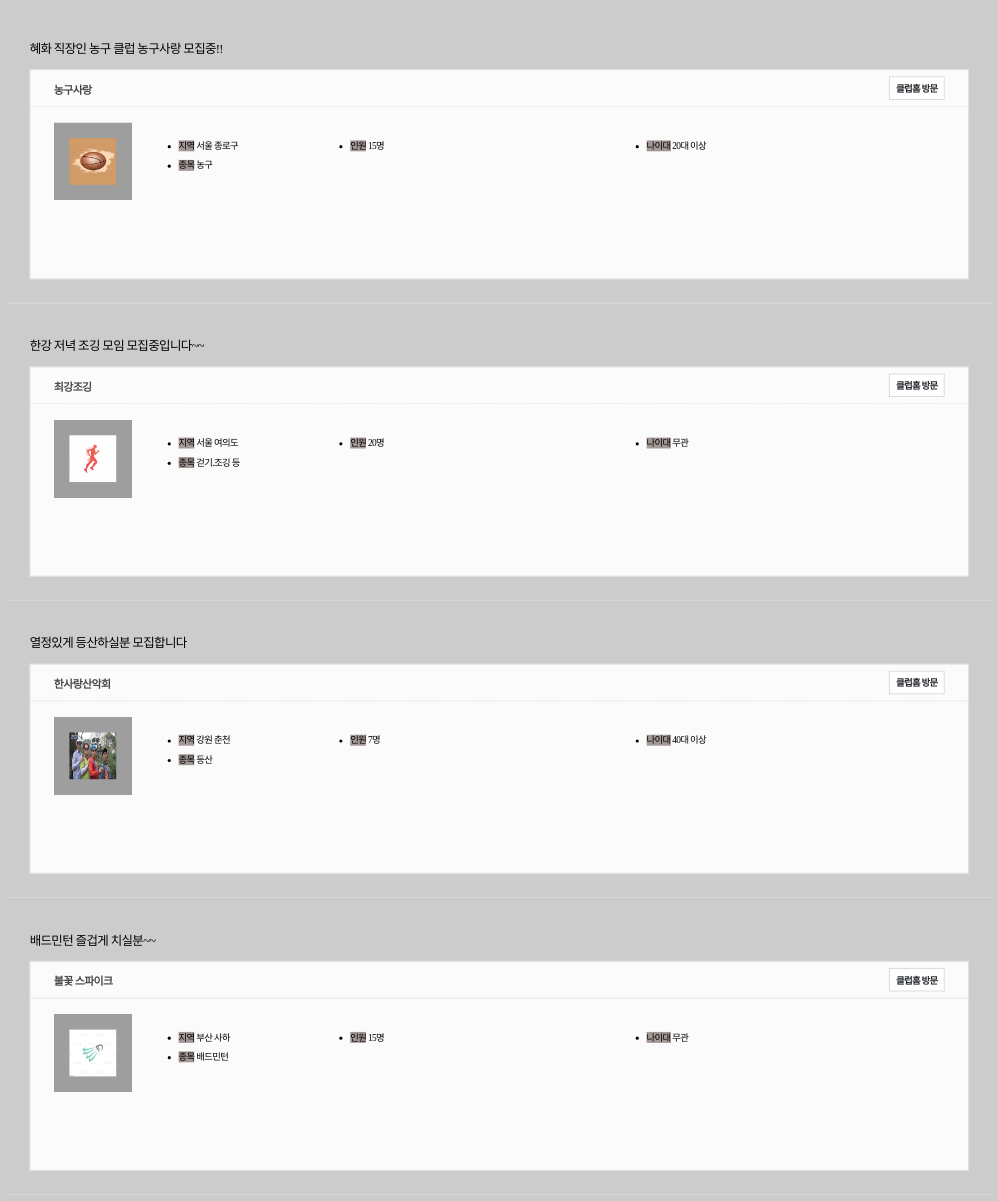
Repository: jaemin333/study
Page: club.html
The author's editor kept a copy of each file at every save. The page is drawn from the files as they stood at one save, then again after the next save.
The browser window is 1280 px wide. The pictures show the whole page, at 78% of full size.
Pictures or frames that could not be fetched are drawn as grey boxes.

Above is the page before, as saved 2021-07-02 21:29:16.

### club.html
<!DOCTYPE html>
<html lang="ko">
<head>
    <meta charset="UTF-8">
    <meta http-equiv="X-UA-Compatible" content="IE=edge">
    <meta name="viewport" content="width=device-width, initial-scale=1.0">
    <link rel ="stylesheet" type = "text/css" href = "style.css">
    <title>club</title>
</head>
<body>
    <div class = "clubList">
    <div class = "clubBox">
        <p class = "clubTip">
            <a>혜화 직장인 농구 클럽 농구사랑 모집중!!</a>
        </p>
    <div class ="cbClubName">
        <a>농구사랑</a>
        <a class ="iButton">클럽홈 방문</a>
    </div>

    <div class ="cbInfo">
        <div class="cbMark">
            <span class="clubmark">
                <img src = "bask.png" width="60" height=60">
        </div>
    <ul>
        <li>
            <span class = "info dark">지역</span>
             서울 종로구
        </li>
        <li style = "width:380px;">
            <span class = "info dark">인원</span>
             15명
        </li>
        <li style = "width:380px;">
            <span class = "info dark">나이대</span>
             20대 이상
        </li>
        <li style = "width:380px;">
            <span class = "info dark">종목</span>
             농구
        </li>
    </ul>
    </div>
    </div>
    </div>

    <div class = "clubList">
        <div class = "clubBox">
            <p class = "clubTip">
                <a>한강 저녁 조깅 모임 모집중입니다~~</a>
            </p>
        <div class ="cbClubName">
            <a>최강조깅</a>
            <a class ="iButton">클럽홈 방문</a>
        </div>

        <div class ="cbInfo">
            <div class="cbMark">
                <span class="clubmark">
                    <img src = "run.jpg" width="60" height="60">
            </div>
        <ul>
            <li>
                <span class = "info dark">지역</span>
                 서울 여의도
            </li>
            <li style = "width:380px;">
                <span class = "info dark">인원</span>
                 20명
            </li>
            <li style = "width:380px;">
                <span class = "info dark">나이대</span>
                 무관
            </li>
            <li style = "width:380px;">
                <span class = "info dark">종목</span>
                 걷기.조깅 등
            </li>
        </ul>
        </div>
        </div>
        </div>

        <div class = "clubList">
            <div class = "clubBox">
                <p class = "clubTip">
                    <a>열정있게 등산하실분 모집합니다</a>
                </p>
            <div class ="cbClubName">
                <a>한사랑산악회</a>
                <a class ="iButton">클럽홈 방문</a>
            </div>

            <div class ="cbInfo">
                <div class="cbMark">
                    <span class="clubmark">
                        <img src = "hike.png" width="60" height="60">
                </div>
            <ul>
                <li>
                    <span class = "info dark">지역</span>
                     강원 춘천
                </li>
                <li style = "width:380px;">
                    <span class = "info dark">인원</span>
                     7명
                </li>
                <li style = "width:380px;">
                    <span class = "info dark">나이대</span>
                     40대 이상
                </li>
                <li style = "width:380px;">
                    <span class = "info dark">종목</span>
                     등산
                </li>
            </ul>
            </div>
            </div>
            </div>


            <div class = "clubList">
                <div class = "clubBox">
                    <p class = "clubTip">
                        <a>배드민턴 즐겁게 치실분~~</a>
                    </p>
                <div class ="cbClubName">
                    <a>불꽃 스파이크</a>
                    <a class ="iButton">클럽홈 방문</a>
                </div>

                <div class ="cbInfo">
                    <div class="cbMark">
                        <span class="clubmark">
                            <img src = "badminton.jpg" width="60" height="60">
                    </div>
                <ul>
                    <li>
                        <span class = "info dark">지역</span>
                         부산 사하
                    </li>
                    <li style = "width:380px;">
                        <span class = "info dark">인원</span>
                         15명
                    </li>
                    <li style = "width:380px;">
                        <span class = "info dark">나이대</span>
                         무관
                    </li>
                    <li style = "width:380px;">
                        <span class = "info dark">종목</span>
                         배드민턴
                    </li>
                </ul>
                </div>
                </div>
                </div>








</body>
</html>

### style.css
div {
    display:block;
}



body {
    background-color: #ccc;
    word-break: break-all;
    -ms-word-break: break-all;
    letter-spacing: -0.050em;
}


.clubBox{
    position: relative;
    padding: 25px 30px 30px 30px;
    border-bottom: 1px solid #dddddd;
}


ul{
    display: block;
    margin-block-start: 1em;
    margin-block-end: 1em;
    margin-inline-start: 0px;
    margin-inline-end: 0px;
    padding-inline-start: 40px;
}

.clubBox li .info.dark{
    background-color: #a39895;
}

.iButton {
    display: inline-block;
    height: 18px;
    padding: 5px 8px;
    font-size: 12px;
    font-weight: bold;
    color: #24272c;
    text-align: center;
    background-color: white;
    border: 1px solid #d4d1d1;
}

.clubBox .iButton {
    position: absolute;
    top: 8px;
    right: 30px;
}

li {
    display: list-item;
    text-align: -webkit-match-parent;
}

.clubBox .cbInfo li {
    float: left;
    width: 220px;
    margin: 4px 0 3px 0;
    font-size: 12px;
    color: black;
}

.cbClubName {
    padding-bottom: 10px;
}

.clubBox .cbInfo {
    position: relative;
    padding: 20px;
    padding-left: 150px;
    border: 1px solid #dadada;
    border-top: 0;
    background-color: #fbfbfb;
    height:180px;
}

.clubBox .clubTit {
    margin-bottom: 15px;
    font-size: 16px;
    font-weight: bold;
    color: black;
}

p {
    display: block;
    margin-block-start: 1em;
    margin-block-end: 1em;
    margin-inline-start: 0px;
    margin-inline-end: 0px;
}

.clubBox .cbClubName {
    position: relative;
    padding: 14px 30px 12px 30px;
    font-size: 14px;
    font-weight: bold;
    color: #4b4846;
    border: 1px solid #dadada;
    border-bottom: 1px dotted #dddddd;
    background-color: #fbfbfb;
}

.clubBox .cbMark {
    position: absolute;
    top: 20px;
    left: 30px;
    background: url(https://img.sa.nexon.com/assets/clan/clamark_bg.jpg) no-repeat;
    width: 60px;
    height: 60px;
    padding: 20px 20px;
}

After the next save:
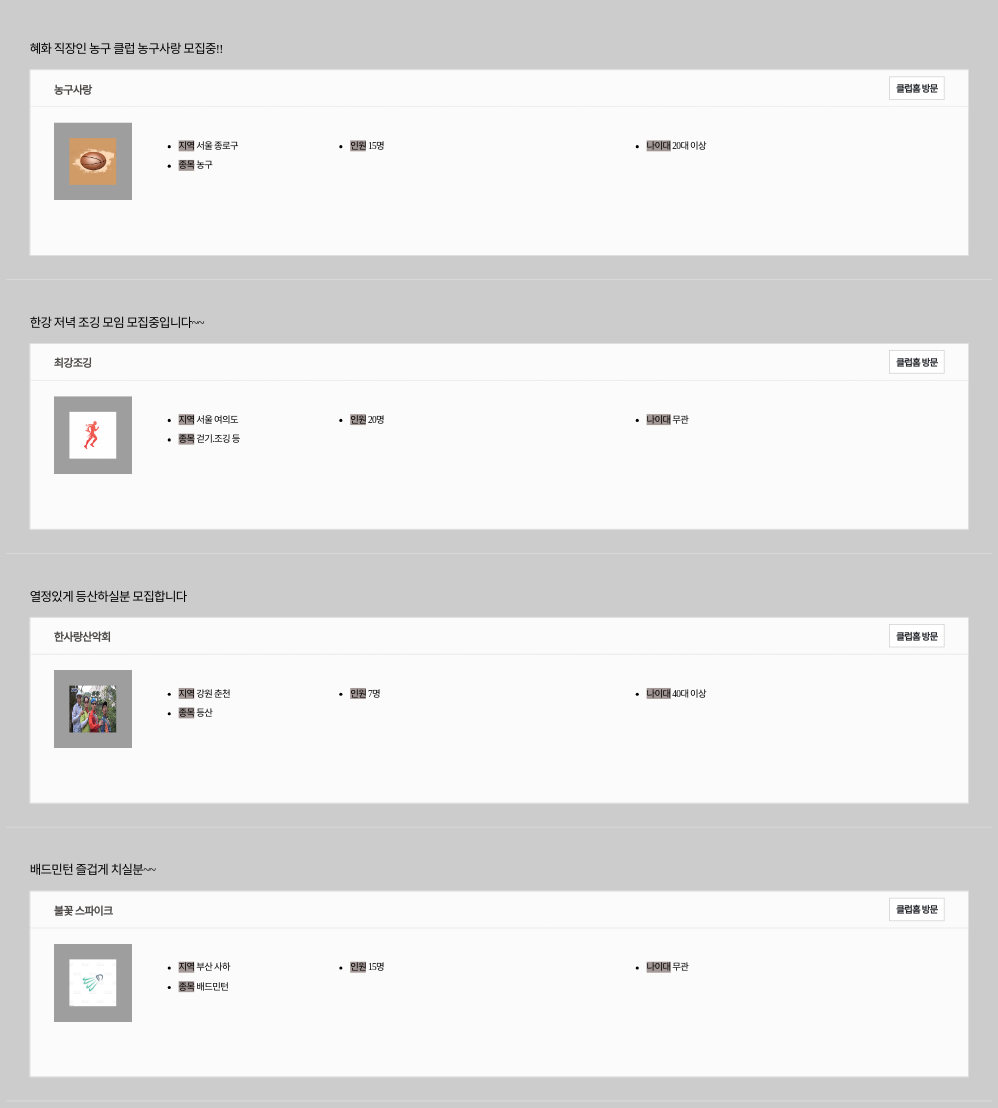
Saved 12 s later.
--- a/style.css
+++ b/style.css
@@ -74,7 +74,7 @@ li {
     border: 1px solid #dadada;
     border-top: 0;
     background-color: #fbfbfb;
-    height:180px;
+    height:150px;
 }
 
 .clubBox .clubTit {
